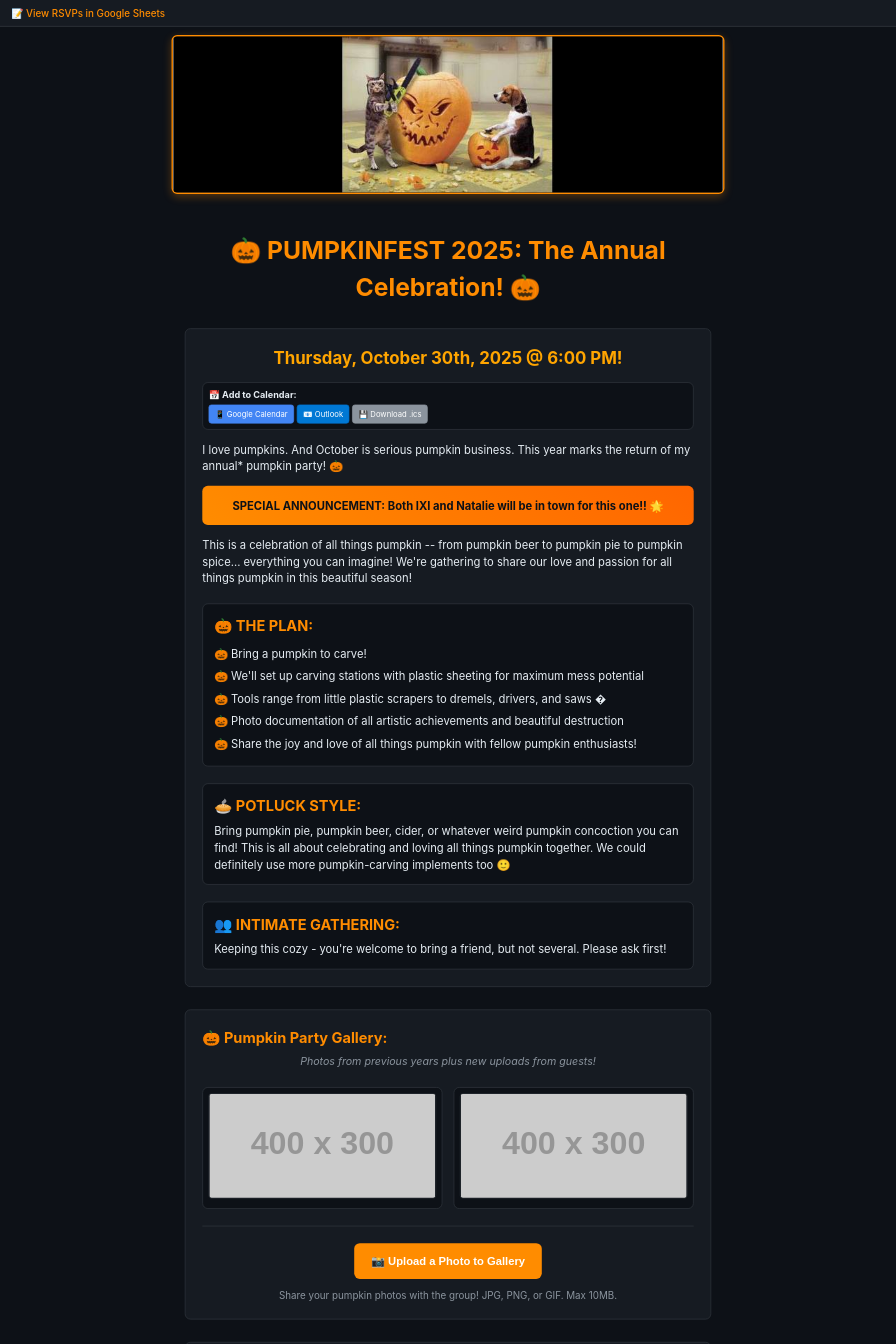
Repository: jeff-hamm/pumpkinfest
Page: index.html
The author's editor kept a copy of each file at every save. The page is drawn from the files as they stood at one save, then again after the next save.
The browser window is 1280 px wide. The pictures show the part of the page from y = 0 to 1920 px (the page is 3343 px tall), at 70% of full size.
The page's requests for data from a server got no answer.

Above is the page before, as saved 2025-10-25 14:13:19.

After the next save:
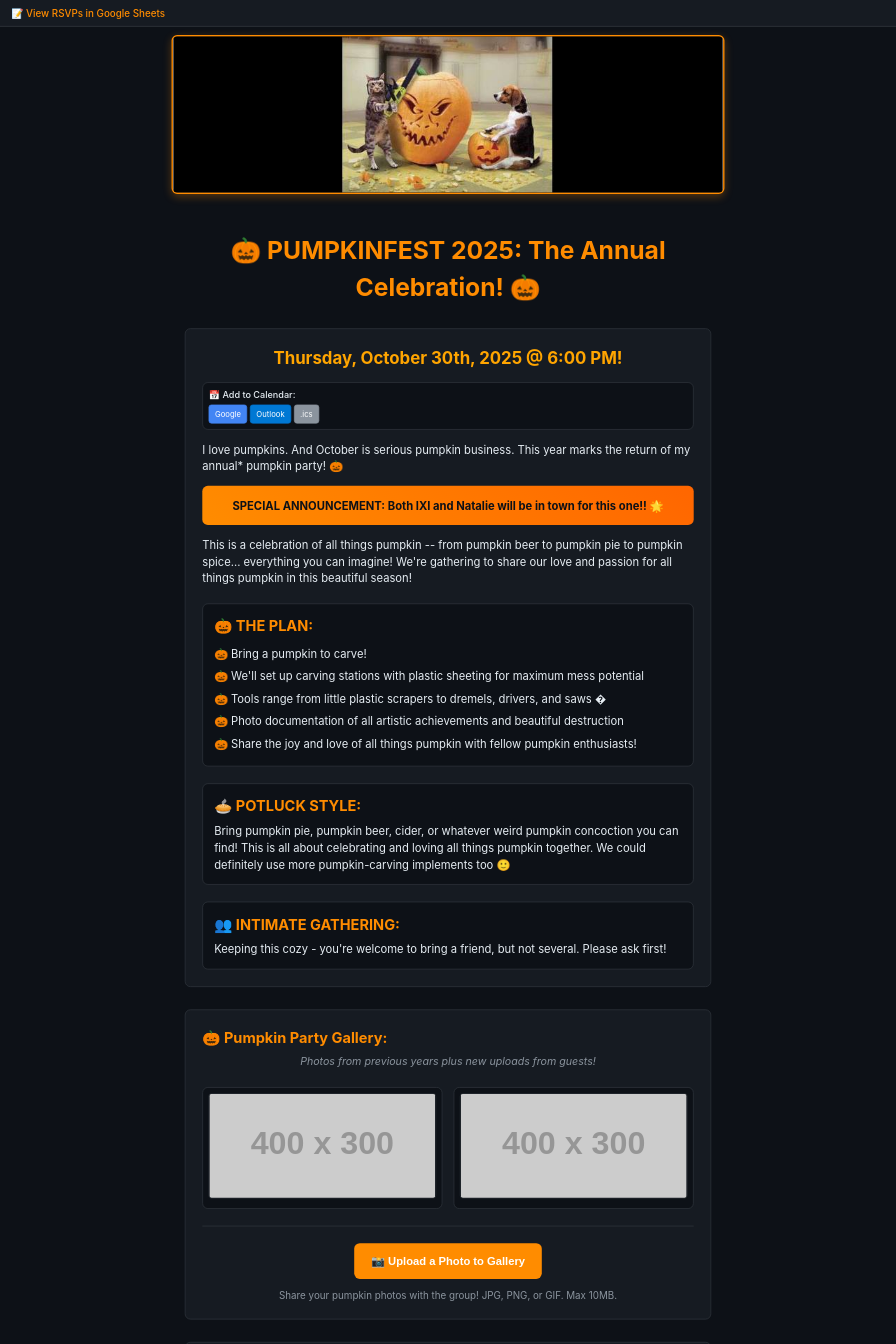
Saved 21 s later.
--- a/index.html
+++ b/index.html
@@ -25,16 +25,16 @@
             <h2>Thursday, October 30th, 2025 @ 6:00 PM!</h2>
 
             <div class="calendar-links">
-                <p><strong>📅 Add to Calendar:</strong></p>
+                <p>📅 Add to Calendar:</p>
                 <div class="calendar-buttons">
                     <a href="https://calendar.google.com/calendar/render?action=TEMPLATE&text=Pumpkinfest%202025%3A%20The%20Annual%20Celebration!&dates=20251031T010000Z/20251031T050000Z&details=Annual%20pumpkin%20party%20with%20carving%2C%20pumpkin%20beer%2C%20pie%2C%20and%20all%20things%20pumpkin!%20Bring%20a%20pumpkin%20to%20carve%20and%20something%20pumpkin-themed%20to%20share.%20Tools%20provided%20from%20plastic%20scrapers%20to%20power%20tools!&location=TBD%20-%20Check%20RSVP%20details" target="_blank" class="calendar-btn google-cal">
-                        📱 Google Calendar
+                        Google
                     </a>
                     <a href="https://outlook.live.com/calendar/0/deeplink/compose?subject=Pumpkinfest%202025%3A%20The%20Annual%20Celebration!&startdt=2025-10-30T18%3A00%3A00&enddt=2025-10-30T22%3A00%3A00&body=Annual%20pumpkin%20party%20with%20carving%2C%20pumpkin%20beer%2C%20pie%2C%20and%20all%20things%20pumpkin!%20Bring%20a%20pumpkin%20to%20carve%20and%20something%20pumpkin-themed%20to%20share.%20Tools%20provided%20from%20plastic%20scrapers%20to%20power%20tools!&location=TBD%20-%20Check%20RSVP%20details" target="_blank" class="calendar-btn outlook-cal">
-                        📧 Outlook
+                        Outlook
                     </a>
                     <a href="data:text/calendar;charset=utf8,BEGIN:VCALENDAR%0AVERSION:2.0%0APRODID:-//Test//Test//EN%0ABEGIN:VEVENT%0AUID:pumpkinfest2025@example.com%0ADTSTAMP:20251025T120000Z%0ADTSTART:20251030T180000%0ADTEND:20251030T220000%0ASUMMARY:Pumpkinfest 2025: The Annual Celebration!%0ADESCRIPTION:Annual pumpkin party with carving, pumpkin beer, pie, and all things pumpkin! Bring a pumpkin to carve and something pumpkin-themed to share. Tools provided from plastic scrapers to power tools!%0ALOCATION:TBD - Check RSVP details%0AEND:VEVENT%0AEND:VCALENDAR" download="pumpkinfest-2025.ics" class="calendar-btn ics-cal">
-                        💾 Download .ics
+                        .ics
                     </a>
                 </div>
             </div>
